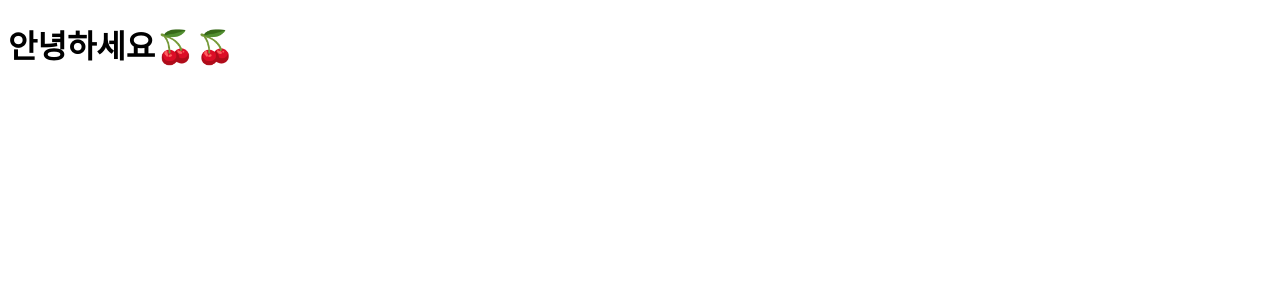
Repository: mingzzang666/study-html
Page: workspace/a_intro/src/main/webapp/index.html
These files come from the project's save history. The page is drawn as it stood at one moment and after the next save; the edit follows.
The browser window is 1280 px wide. The pictures show the whole page.

Above is the page before, as saved 2025-07-10 03:09:34.

After the next save:
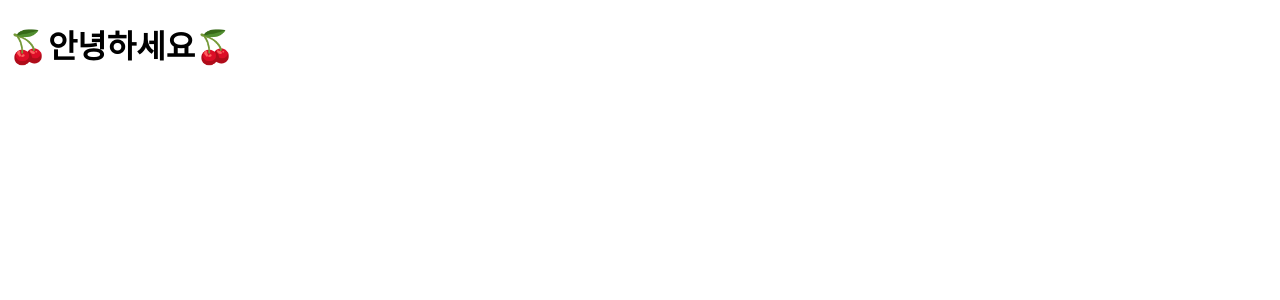
Saved 22 s later.
--- a/workspace/a_intro/src/main/webapp/index.html
+++ b/workspace/a_intro/src/main/webapp/index.html
@@ -10,6 +10,6 @@
 />
 </head>
 <body>
-		<h1>안녕하세요🍒🍒</h1>
+		<h1>🍒안녕하세요🍒</h1>
 </body>
 </html>
